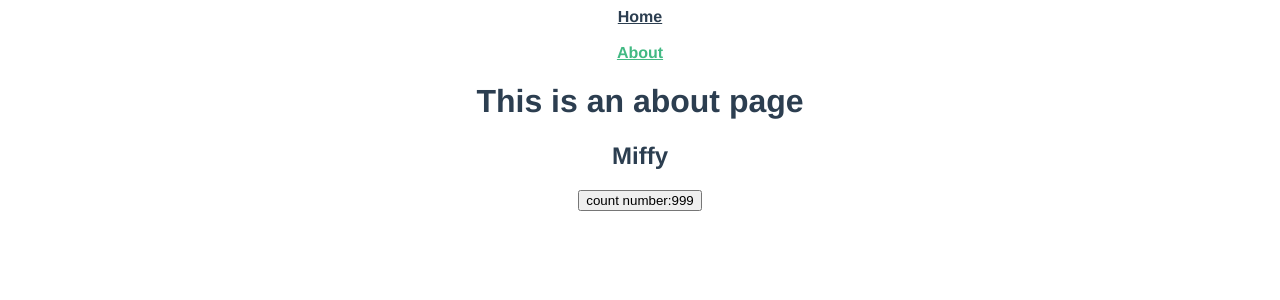
Repository: HaoMiffy/vue3-compisition-Typescript-pinia
Page: /about
An editor plug-in stored every save of this project. The page is shown before and after the next save, followed by the edit.
The browser window is 1280 px wide. The pictures show the whole page.
The project was rebuilt for these pictures with package versions that can differ from the ones it lists, and the page was loaded fresh each time. Also part of the build but not shown: vue.config.js, src/components/HelloWorld.vue, src/views/HomeView.vue.

Above is the page before, as saved 2022-12-12 13:45:23.

After the next save:
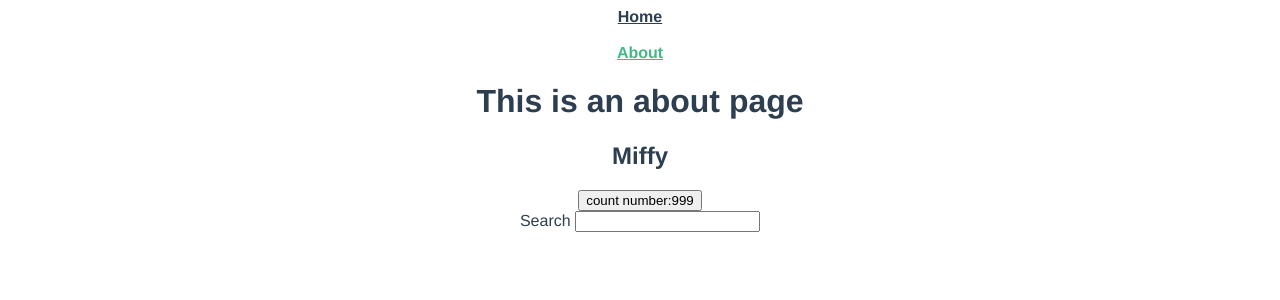
Saved 2 min 23 s later.
--- a/src/views/AboutView.vue
+++ b/src/views/AboutView.vue
@@ -3,6 +3,9 @@
     <h1>This is an about page</h1>
     <h2>{{ max }}</h2>
     <button @click="click()">count number:{{ counter.count }}</button>
+    <form id="search">
+      Search <input name="query" v-model="searchQuery">
+    </form>
     <div class="table">
       <table :data="data" :columns="colums" :filter-key="searchQuery"></table>
     </div>
@@ -17,7 +20,7 @@ import table from './table.vue'
 
 const store = PublicStore()
 
-const searchQuery= ref("")
+const searchQuery = ref("")
 
 
 const max = ref("Miffy")
